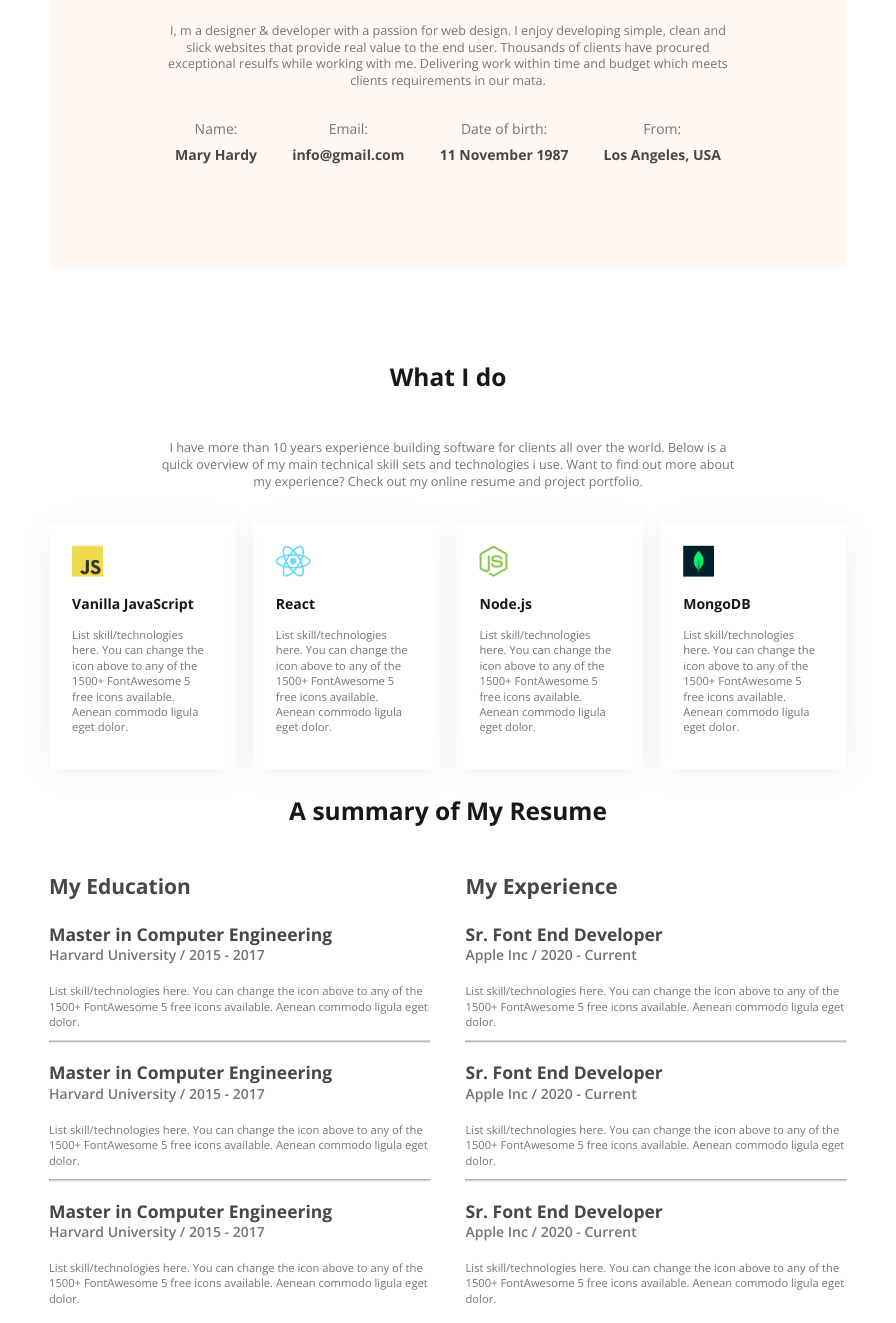
Repository: ShouravAhammed/Simple-Portfolio-Webpage
Page: index.html
These files come from the project's save history. The page is drawn as it stood at one moment and after the next save; the edit follows.
The browser window is 1280 px wide. The pictures show the part of the page from y = 1114 to 3034 px (the page is 3004 px tall before and 3034 px after), at 70% of full size.

Above is the page before, as saved 2024-01-06 03:12:47.

### index.html
<!DOCTYPE html>
<html lang="en">
<head>
    <meta charset="UTF-8">
    <meta name="viewport" content="width=device-width, initial-scale=1.0">
    <title>Mary</title>
    <link rel="stylesheet" href="index.css">
</head>
<body>
    <header class="header">
        <nav>
            <h3 class="nav-title">Ma<span class="text-primary">r</span>y</h3>
            <ul class="navber">
                <li><a href="">Portfolio</a></li>
                <li><a href="">Blog</a></li>
                <li><button class="btn-primary">Hire Me</button></li>
            </ul>
        </nav>
        <div class="banner">
            <div class="banner-content">
                <h3 class="banner-greeting">Hi, I  am</h3>
                <h1 class="banner-title">Mary Hardy</h1>
                <p class="banner-description">Shot what able cold new see hold.Friendly as an betrayed formerly he. Morning because as to society behaved moments.</p>
                <button class="btn-primary">Download</button>
                <button class="btn-primary">Contact</button>
            </div>
            <img class="profile-pic" src="images/hardy.png" alt="profile-pic">
        </div>
    </header>
    <main>
        <section class="about">
            <h3 class="section-title">About Me</h3>
            <p class="section-description">I, m a designer & developer with a passion for web design. I enjoy developing simple, clean and slick websites that provide real value to the end user. Thousands of clients have procured exceptional resulfs while working with me. Delivering work within time and budget which meets clients requirements in our mata.</p>
            <div class="about-info-container">
                <div class="about-info">
                    <h4 class="info-title">Name:</h4>
                    <p class="info-description">Mary Hardy</p>
                </div>
                <div class="about-info">
                    <h4 class="info-title">Email:</h4>
                    <p class="info-description">info@gmail.com</p>
                </div>
                <div class="about-info">
                    <h4 class="info-title">Date of birth:</h4>
                    <p class="info-description">11 November 1987</p>
                </div>
                <div class="about-info">
                    <h4 class="info-title">From:</h4>
                    <p class="info-description">Los Angeles, USA</p>
                </div>
            </div>
        </section>
        <!-- what i do section  -->
        <section>
            <h3 class="section-title">What I do</h3>
            <p id="what-i-do-description" class="section-description">I have more than 10 years experience building software for clients all over the world. Below is a quick overview of my main technical skill sets and technologies i use. Want to find out more about my experience? Check out my online resume and project portfolio.</p>
            <div class="skills-container">
                <div class="skills">
                    <img src="images/icons/js.png" alt="">
                    <h3 class="skills-title">Vanilla JavaScript</h3>
                    <p class="skills-description">List skill/technologies here. You can change the icon above to any of the 1500+ FontAwesome 5 free icons available. Aenean commodo ligula eget dolor.</p>
                </div>
                <div class="skills">
                    <img src="images/icons/react.png" alt="">
                    <h3 class="skills-title">React</h3>
                    <p class="skills-description">List skill/technologies here. You can change the icon above to any of the 1500+ FontAwesome 5 free icons available. Aenean commodo ligula eget dolor.</p>
                </div>
                <div class="skills">
                    <img src="images/icons/nodejs.png" alt="">
                    <h3 class="skills-title">Node.js</h3>
                    <p class="skills-description">List skill/technologies here. You can change the icon above to any of the 1500+ FontAwesome 5 free icons available. Aenean commodo ligula eget dolor.</p>
                </div>
                <div class="skills">
                    <img src="images/icons/mongo.png" alt="">
                    <h3 class="skills-title">MongoDB</h3>
                    <p class="skills-description">List skill/technologies here. You can change the icon above to any of the 1500+ FontAwesome 5 free icons available. Aenean commodo ligula eget dolor.</p>
                </div>
            </div>
        </section>
        <!-- Resume section -->
        <section>
            <h3 class="section-title">A summary of My Resume</h3>
            <div class="resume-container">
                <div class="resume-colum">
                    <h3 class="resume-column-title">My Education</h3>
                    <div class="resume-item">
                        <h3 class="resume-item-title">Master in Computer Engineering</h3>
                        <h4 class="resume-item-institute">Harvard University / 2015 - 2017</h4>
                        <p class="resume-item-description">List skill/technologies here. You can change the icon above
                            to any of the 1500+ FontAwesome 5 free icons available. Aenean commodo ligula eget dolor.</p>
                    </div>
                    <hr>
                    <div class="resume-item">
                        <h3 class="resume-item-title">Master in Computer Engineering</h3>
                        <h4 class="resume-item-institute">Harvard University / 2015 - 2017</h4>
                        <p class="resume-item-description">List skill/technologies here. You can change the icon above
                            to any of the 1500+ FontAwesome 5 free icons available. Aenean commodo ligula eget dolor.</p>
                    </div>
                    <hr>
                    <div class="resume-item">
                        <h3 class="resume-item-title">Master in Computer Engineering</h3>
                        <h4 class="resume-item-institute">Harvard University / 2015 - 2017</h4>
                        <p class="resume-item-description">List skill/technologies here. You can change the icon above
                            to any of the 1500+ FontAwesome 5 free icons available. Aenean commodo ligula eget dolor.</p>
                    </div>
                </div>
                <div class="resume-colum">
                    <h3 class="resume-column-title">My Experience</h3>
                    <div class="resume-item">
                        <h3 class="resume-item-title">Sr. Font End Developer</h3>
                        <h4 class="resume-item-institute">Apple Inc / 2020 - Current</h4>
                        <p class="resume-item-description">List skill/technologies here. You can change the icon above
                            to any of the 1500+ FontAwesome 5 free icons available. Aenean commodo ligula eget dolor.</p>
                    </div>
                    <hr>
                    <div class="resume-item">
                        <h3 class="resume-item-title">Sr. Font End Developer</h3>
                        <h4 class="resume-item-institute">Apple Inc / 2020 - Current</h4>
                        <p class="resume-item-description">List skill/technologies here. You can change the icon above
                            to any of the 1500+ FontAwesome 5 free icons available. Aenean commodo ligula eget dolor.</p>
                    </div>
                    <hr>
                    <div class="resume-item">
                        <h3 class="resume-item-title">Sr. Font End Developer</h3>
                        <h4 class="resume-item-institute">Apple Inc / 2020 - Current</h4>
                        <p class="resume-item-description">List skill/technologies here. You can change the icon above
                            to any of the 1500+ FontAwesome 5 free icons available. Aenean commodo ligula eget dolor.</p>
                    </div>
                </div>
            </div>
        </section>

    </main>
    <footer>

    </footer>
</body>
</html>

### index.css
@import url('https://fonts.googleapis.com/css2?family=Lato:ital,wght@0,100;0,300;0,400;0,700;0,900;1,100;1,300;1,400;1,700;1,900&display=swap');
@import url('https://fonts.googleapis.com/css2?family=Open+Sans:ital,wght@0,300;0,400;0,500;0,600;0,700;0,800;1,300;1,400;1,500;1,600;1,700;1,800&display=swap');
/* google fonts import */
/* *{
    margin: 0;
    padding: 0;
    outline: 0;
} */
ul, ol{
    list-style: none;
}
body{
    font-family: 'Open Sans', sans-serif;
}
hr{
    background: #D1D1D1;
    height: 1px;
}
.text-primary{
    color: #FD6E0A;
}
.btn-primary{
    border-radius: 5px;
    color: #fff;
    background: #FD6E0A;
    font-size: 20px;
    font-weight: 700;
    padding: 18px 35px;
    border: 0;
}

/* nav related style */
nav{
    display: flex;
    justify-content: space-between;
    align-items: center;
    margin: 0 200px;
}
.nav-title{
    color: #181818;
    font-size: 45px;
    font-weight: 800;
}
nav > ul{
    display: flex;
    align-items: center;
}
nav li{
    margin-right: 50px;
}
nav a{
    text-decoration: none;
    color: #474747;
}
/* header related style */
.header{
    background: #FFF8F3;
    background-image: url(images/header_bg.png);
    background-position: bottom right;
    background-repeat: no-repeat;
}
.banner{
    display: flex;
    justify-content: space-between;
    padding: 30px 30px 0px 150px;
    align-items: center;
}
.banner-content{
    max-width: 580px;
}
.banner .profile-pic{
    width: 500px;
}
.banner-greeting{
    color: #474747;
    font-size: 45px;
    margin-bottom: 0;
}
.banner-title{
    color: #181818;
    font-size: 85px;
    font-weight: 700;
    margin-top: 5px;
    margin-bottom: 20px;
}
.banner-description{
    color: #575757;
    font-size: 18px;
    font-weight: 400;
    margin-bottom: 20px;
}
/* main part style */
main{
    max-width: 1140px;
    margin: 0 auto;
}
/* about part style */
.about{
    border-radius: 10px;
    background: #FFF8F3;
    margin: 130px 0px;
    padding: 130px 155px;
}
.section-title{
    color: #181818;
    text-align: center;
    font-size: 35px;
    font-weight: 700;
}
.section-description{
    color: #757575;
    text-align: center;
    font-size: 18px;
    font-weight: 400;
}
.about-info-container{
    display: flex;
    justify-content: space-around;
}
.about-info{
    text-align: center;
}
.info-title{
    color:  #757575;
    text-align: center;
    font-size: 20px;
    font-weight: 400;
    margin-bottom: 0px;
}
.info-description{
    color:#474747;
    font-size: 20px;
    font-weight: 700;
    margin-top: 10px;
}
#what-i-do-description{
    padding: 30px 150px;
}
/* what i do section style */
.skills-container{
    display: flex;
    gap: 24px;
}
.skills{
    border-radius: 5px;
    box-shadow: 0px 6px 50px 0px rgba(0, 0, 0, 0.06);
    padding: 33px
}
.skills-title{
    color: #181818;
    font-size: 20px;
    font-weight: 700;
}
.skills-description{
    color:#757575;
    font-size: 16px;
    font-weight: 400;
}
/* Resume sectionpart start */
.resume-container{
    display: flex;
    gap: 50px;
}
.resume-column-title{
    color:#474747;
    font-size: 30px;
    font-weight: 700;
}
.resume-item-title{
    color: #474747;
    font-size: 25px;
    font-weight: 700;
    margin-bottom: 0px;
}
.resume-item-institute{
    color: #757575;
    font-size: 20px;
    font-weight: 600;
    margin-top: 0px;
}
.resume-item-description{
    color: #757575;
    font-size: 16px;
    font-weight: 400;
}

After the next save:
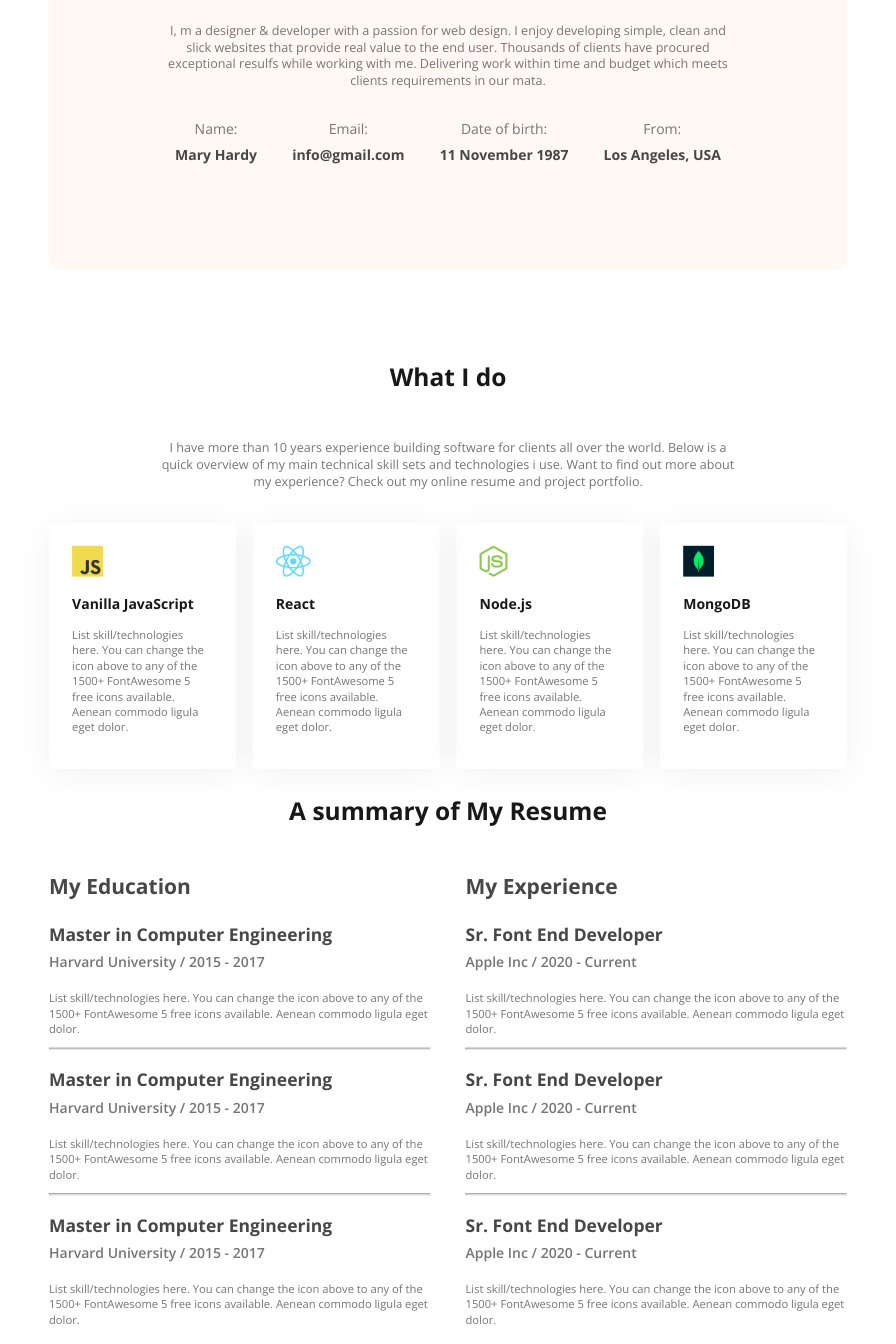
Saved 9 s later.
--- a/index.css
+++ b/index.css
@@ -170,7 +170,7 @@ main{
     color: #474747;
     font-size: 25px;
     font-weight: 700;
-    margin-bottom: 0px;
+    margin-bottom: 10px;
 }
 .resume-item-institute{
     color: #757575;

After the save that followed:
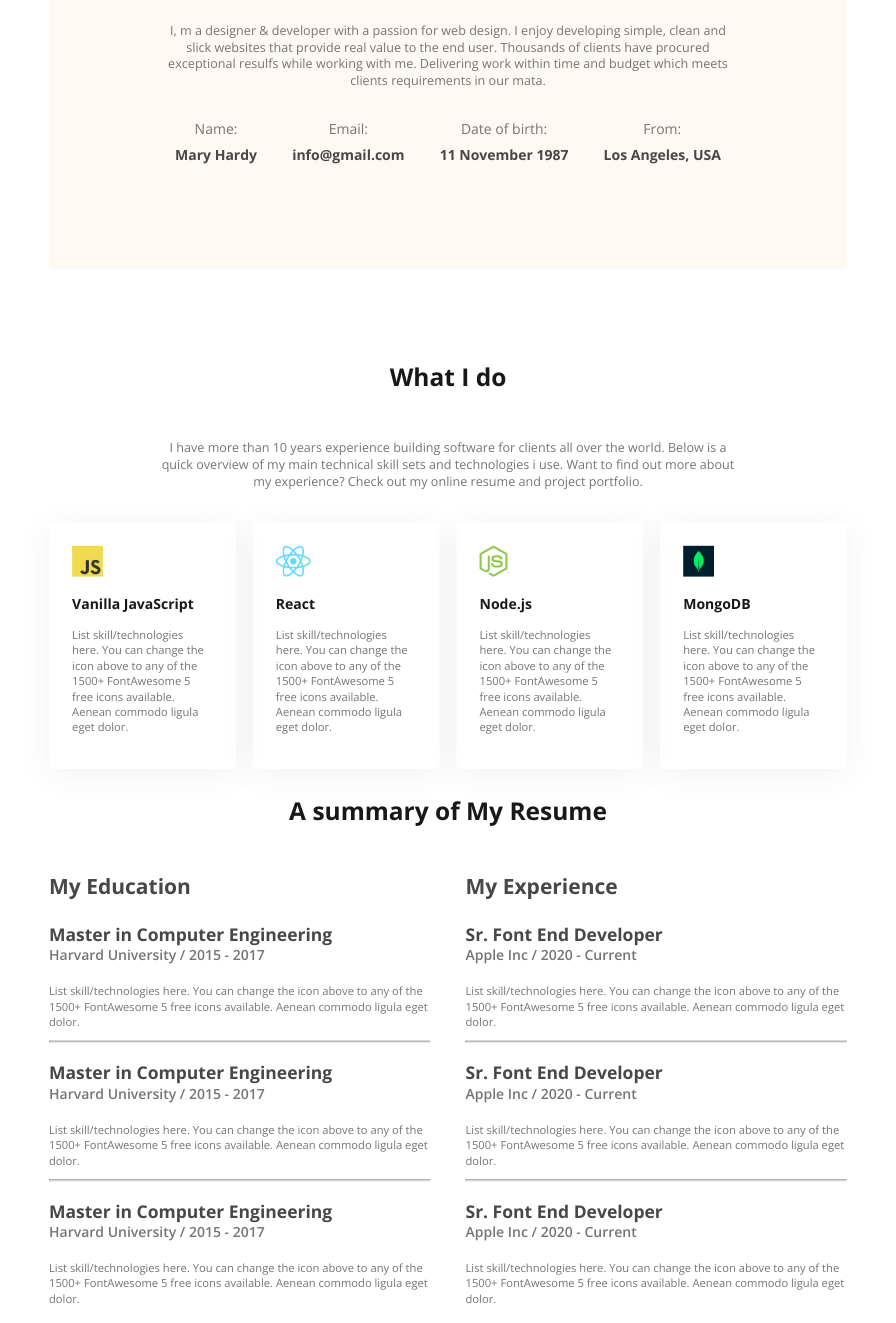
Saved 43 s later.
--- a/index.css
+++ b/index.css
@@ -170,7 +170,7 @@ main{
     color: #474747;
     font-size: 25px;
     font-weight: 700;
-    margin-bottom: 10px;
+    margin-bottom: 0px;
 }
 .resume-item-institute{
     color: #757575;
